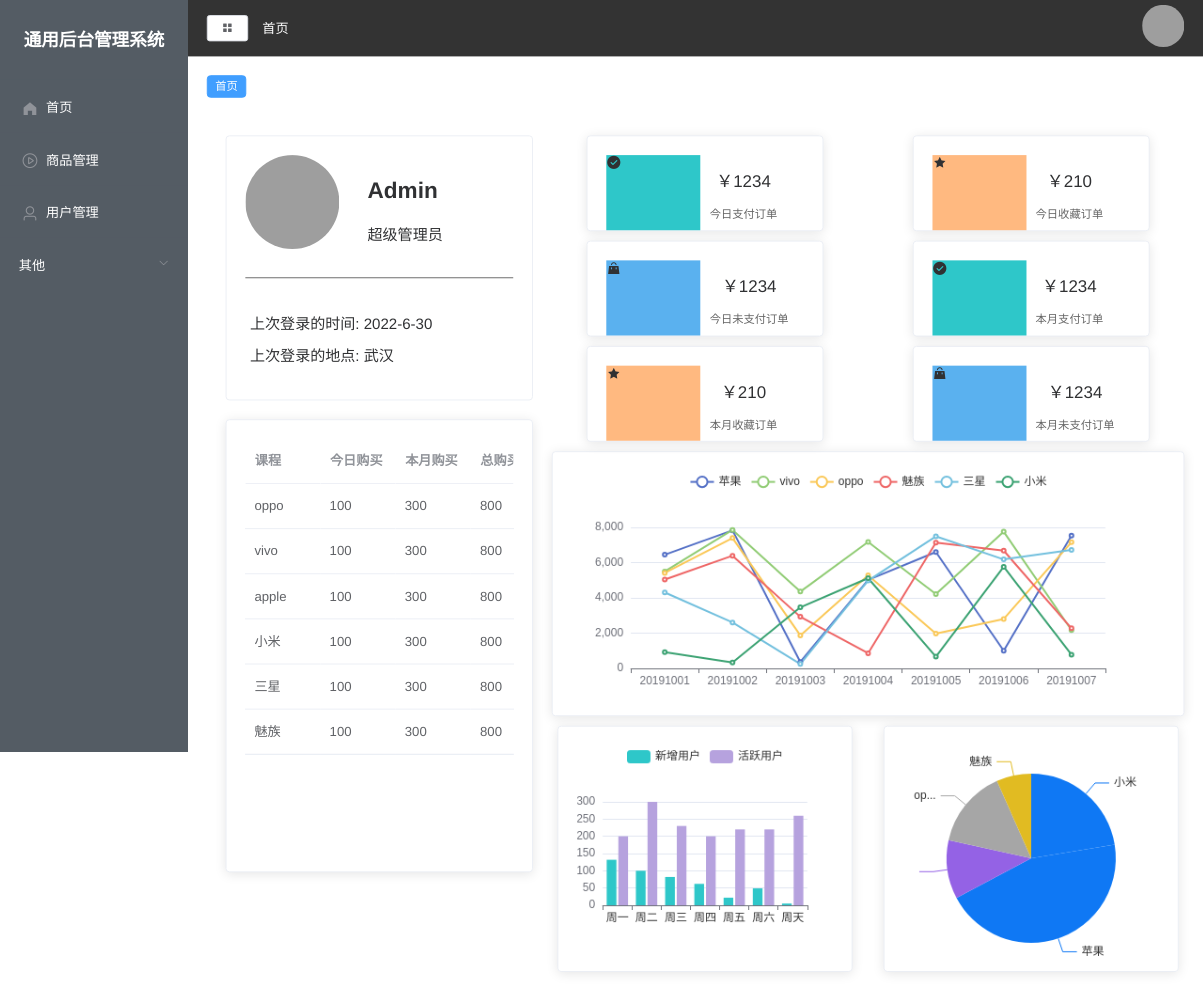
Repository: zhangwen001208/cmd
Page: /
An editor plug-in stored every save of this project. The page is shown before and after the next save, followed by the edit.
The browser window is 1280 px wide. The pictures show the whole page, at 94% of full size.
Pictures or frames that could not be fetched are drawn as grey boxes. The project was rebuilt for these pictures with package versions that can differ from the ones it lists, and the page was loaded fresh each time. Also part of the build but not shown: vue.config.js.

Above is the page before, as saved 2022-08-27 17:47:49.

After the next save:
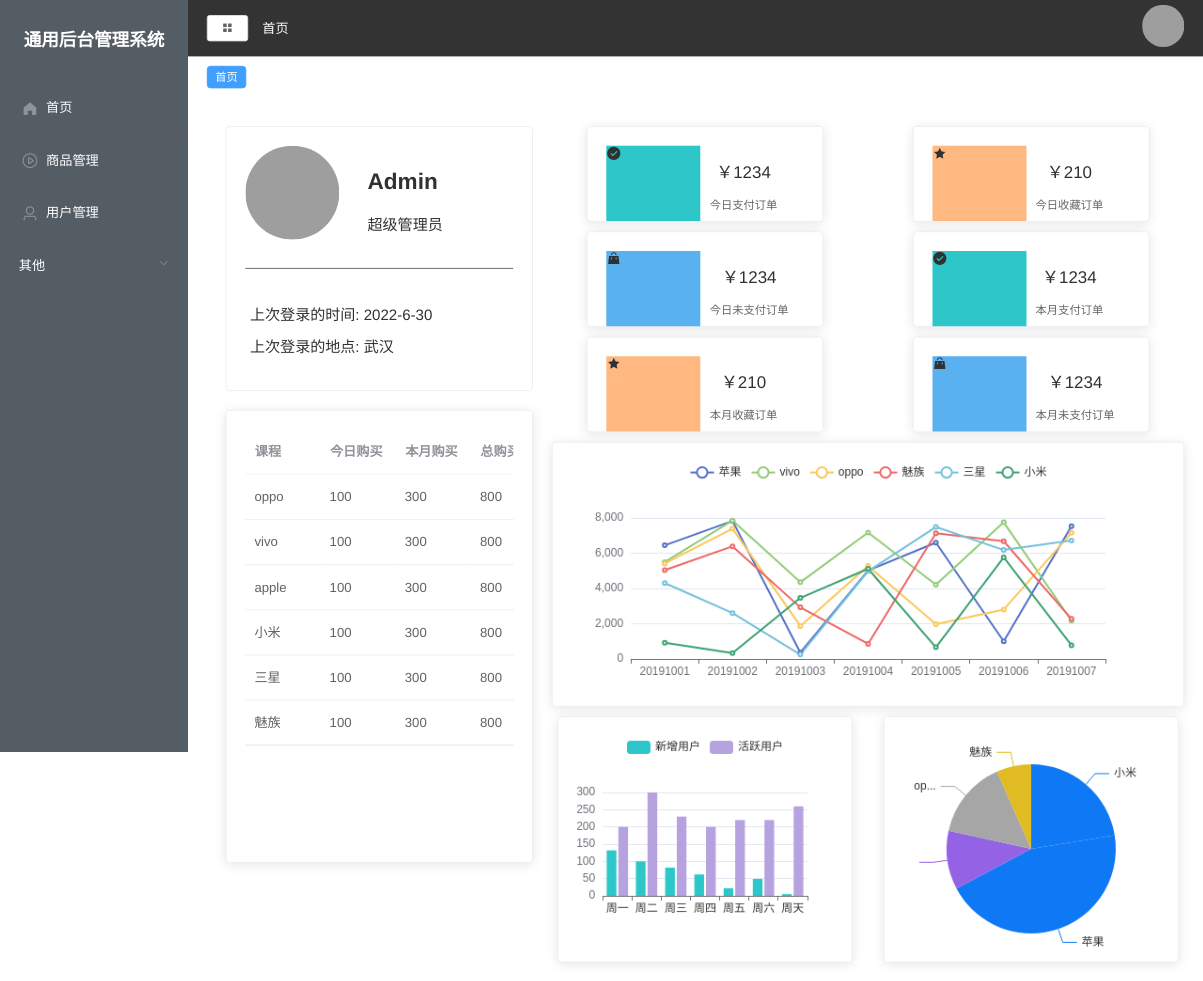
Saved 5 s later.
--- a/src/components/commendTag.vue
+++ b/src/components/commendTag.vue
@@ -55,7 +55,7 @@ import { mapState } from 'vuex'
 <style lang="less" scoped>
 
 .tag {
-    margin: 20px 10px 0 20px;
+    margin: 10px 20px 0 20px;
 }
 
 </style>
